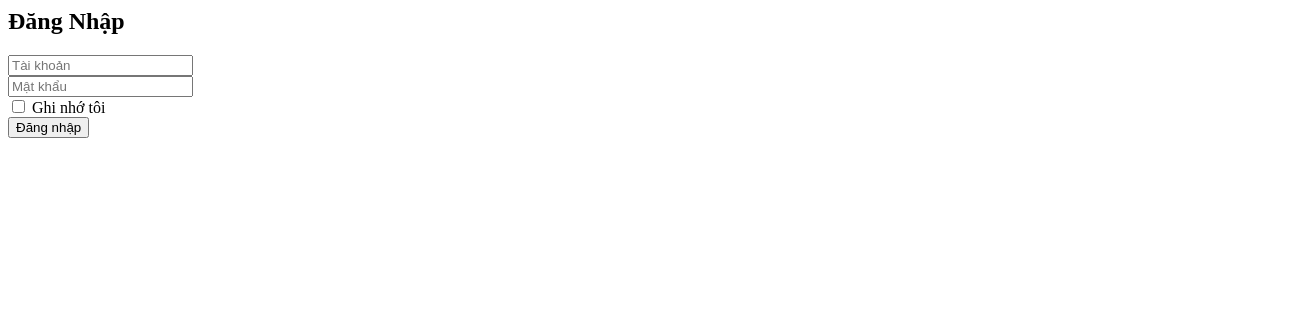
Repository: Carwyn1101/NguyenDinhHongPhuc_22133041
Page: http://localhost/LapTrinhWeb/views/login.jsp
An editor plug-in stored every save of this project. The page is shown before and after the next save, followed by the edit.
The browser window is 1280 px wide. The page is 1280 px wide, then 1292 px, so the pictures cover 1292 px, including what lies to the right of the window. The pictures show the whole page.
The page is served by Tomcat 10. Nobody is signed in. The application's start-up code is not run. Other server files are loaded and not shown.

Above is the page before, as saved 2024-09-11 01:11:34.

### LapTrinhWeb/src/main/webapp/views/login.jsp
<form action="login" method="post">
	<%@ page contentType="text/html; charset=UTF-8" pageEncoding="UTF-8"%>
	<h2>Đăng Nhập</h2>
	<c:if test="${alert != null}">
		<h3 class="alert alert-danger">${alert}</h3>
	</c:if>
	<section>
		<!-- Tên tài khoản -->
		<label class="input login-input">
			<div class="input-group">
				<span class="input-group-addon"><i class="fa fa-user"></i></span> <input
					type="text" placeholder="Tài khoản" name="username"
					class="form-control">
			</div>
		</label>

		<!-- Mật khẩu -->
		<label class="input login-input">
			<div class="input-group">
				<span class="input-group-addon"><i class="fa fa-lock"></i></span> <input
					type="password" placeholder="Mật khẩu" name="password"
					class="form-control">
			</div>
		</label>

		<!-- Remember me -->
		<div class="checkbox">
			<label> <input type="checkbox" name="rememberMe"> Ghi
				nhớ tôi
			</label>
		</div>
	</section>

	<!-- Nút đăng nhập -->
	<button type="submit" class="btn btn-primary">Đăng nhập</button>
</form>

After the next save:
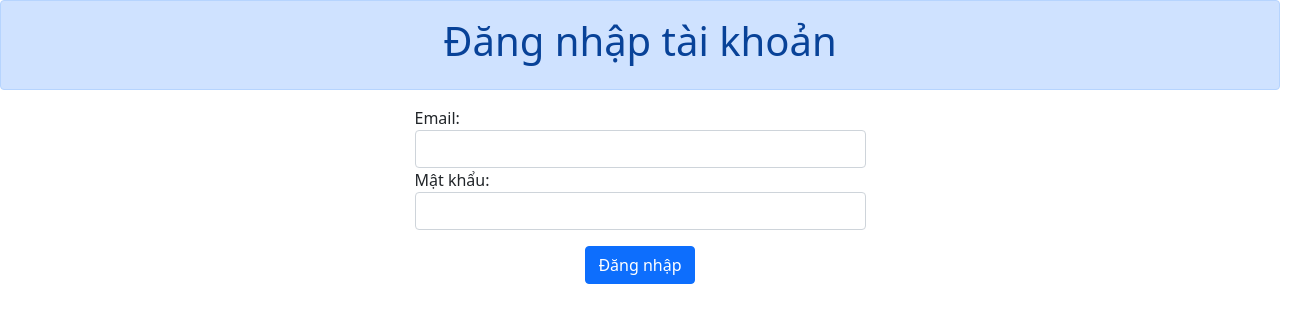
Saved 39 min 14 s later.
--- a/LapTrinhWeb/src/main/webapp/views/login.jsp
+++ b/LapTrinhWeb/src/main/webapp/views/login.jsp
@@ -1,36 +1,43 @@
-<form action="login" method="post">
-	<%@ page contentType="text/html; charset=UTF-8" pageEncoding="UTF-8"%>
-	<h2>Đăng Nhập</h2>
-	<c:if test="${alert != null}">
-		<h3 class="alert alert-danger">${alert}</h3>
-	</c:if>
-	<section>
-		<!-- Tên tài khoản -->
-		<label class="input login-input">
-			<div class="input-group">
-				<span class="input-group-addon"><i class="fa fa-user"></i></span> <input
-					type="text" placeholder="Tài khoản" name="username"
-					class="form-control">
+<%@ page language="java" contentType="text/html; charset=UTF-8"
+	pageEncoding="UTF-8"%>
+<!DOCTYPE html>
+<html>
+<head>
+<meta charset="UTF-8">
+<meta name="viewport" content="width=device-width, initial-scale=1">
+<!-- Bootstrap CSS -->
+<link
+	href="https://cdn.jsdelivr.net/npm/bootstrap@5.0.2/dist/css/
+bootstrap.min.css"
+	rel="stylesheet">
+<title>Đăng nhập tài khoản</title>
+</head>
+<body>
+	<header class="row">
+		<div class="col">
+			<div class="alert alert-primary col" align="center" >
+				<h1>Đăng nhập tài khoản</h1>
 			</div>
-		</label>
-
-		<!-- Mật khẩu -->
-		<label class="input login-input">
-			<div class="input-group">
-				<span class="input-group-addon"><i class="fa fa-lock"></i></span> <input
-					type="password" placeholder="Mật khẩu" name="password"
-					class="form-control">
+		</div>
+	</header>
+	<div class="container">
+		<div class="row justify-content-center">
+			<div class="col-12 col-md-5">
+				<form action="/LapTrinhWeb/register" method="post">
+					<div class="form-group">
+						<label for="email">Email:</label> <input type="text" id="email"
+							name="email" class="form-control" />
+					</div>
+					<div class="form-group">
+						<label for="password">Mật khẩu: </label> <input type="password"
+							id="password" name="password" class="form-control" />
+					</div>
+					<div class="form-group mt-3" align="center">
+						<button type="submit" class="btn btn-primary">Đăng nhập</button>
+					</div>
+				</form>
 			</div>
-		</label>
-
-		<!-- Remember me -->
-		<div class="checkbox">
-			<label> <input type="checkbox" name="rememberMe"> Ghi
-				nhớ tôi
-			</label>
 		</div>
-	</section>
-
-	<!-- Nút đăng nhập -->
-	<button type="submit" class="btn btn-primary">Đăng nhập</button>
-</form>
+	</div>
+</body>
+</html>
